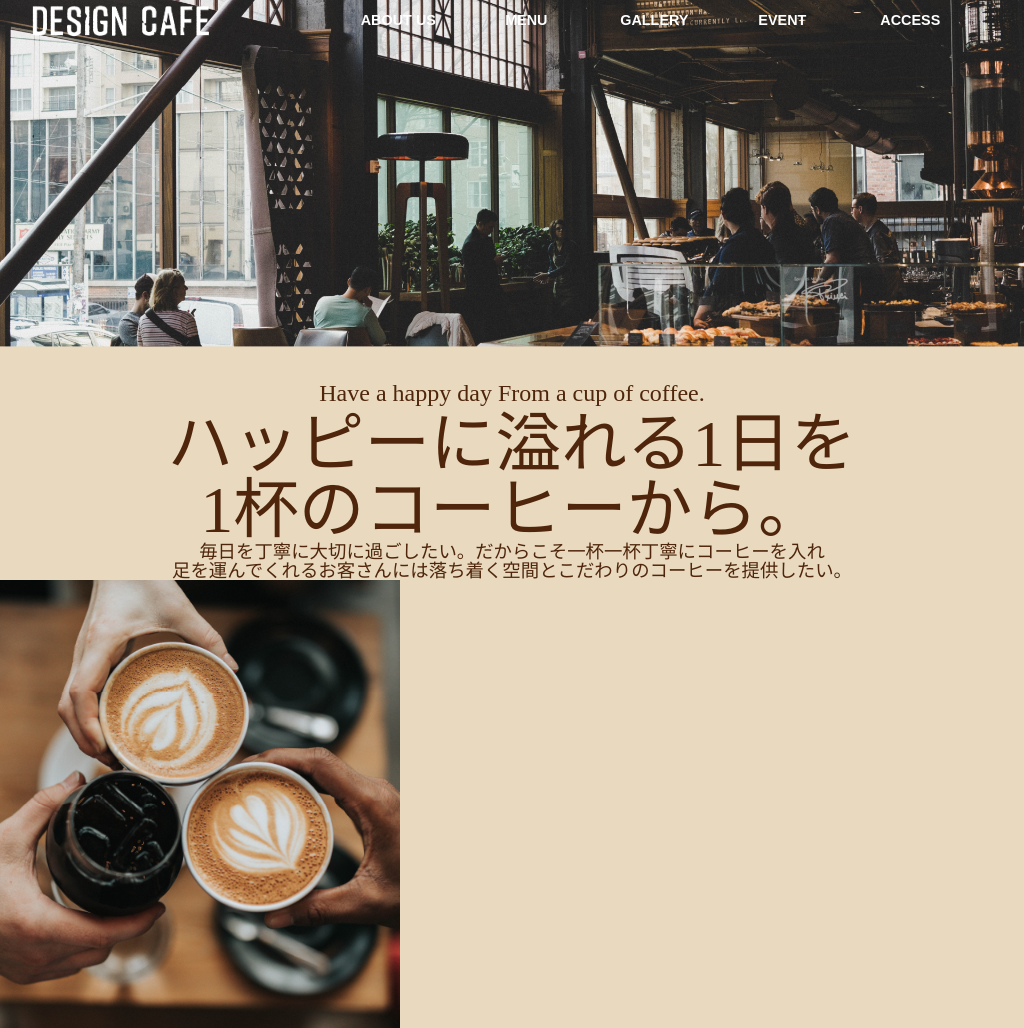
Repository: sonoyama01/dezasuta
Page: 第4回課題/index.html
The author's editor kept a copy of each file at every save. The page is drawn from the files as they stood at one save, then again after the next save.
The browser window is 1280 px wide. The pictures show the whole page, at 80% of full size.

Above is the page before, as saved 2024-05-02 02:04:28.

### 第4回課題/index.html
<!DOCTYPE html>
<html lang="ja">

<head>
    <meta charset="UTF-8">
    <meta name="viewport" content="width=device-width, initial-scale=1.0">
    <title>Desing Cafe</title>
    <link rel="stylesheet" href="./css/style.css">
</head>

<body>
    <header>
        <div class="header_slide">
            <div>
                <img src="./images/pc_first-100.jpg" alt="店内の様子">
            </div>
        </div>
        <div class="header_wrap">
            <h1 class="header_logo">
                <img src="./images/design_cafe_logo_header@2x.png" alt="desind cafe">
            </h1>
            <nav class="pc_nav">
                <ul>
                    <li><a href="#about_us">ABOUT US</a></li>
                    <li><a href="#">MENU</a></li>
                    <li><a href="#">GALLERY</a></li>
                    <li><a href="#">EVENT</a></li>
                    <li><a href="#">ACCESS</a></li>
                </ul>
            </nav>
        </div>
    </header>
    <div class="catch_copy">
        <p class="catch_copy_ja"><span class="en">Have a happy day From a cup of coffee.</span><br>
            ハッピーに溢れる1日を<br>
            1杯のコーヒーから。</p><!-- /.catch_copy -->
        <p>毎日を丁寧に大切に過ごしたい。だからこそ一杯一杯丁寧にコーヒーを入れ<br>
            足を運んでくれるお客さんには落ち着く空間とこだわりのコーヒーを提供したい。</p>
    </div><!-- /.catch_copy -->

    <section id="about_us_fx">
        <div class="about_us">
            <img src="./images/pc_about-100.jpg" alt="">

        </div><!-- /.about_us -->
    </section><!-- /#about_us -->


</body>

</html>

### 第4回課題/css/style.css
@charset "utf-8";

/* cssリセット */

/*利用するタグによってこちらの内容は増やす*/

html,
body,
h1,
h2,
h3,
p,
dl,
dt,
dd,
ul,
li {
  margin: 0;
  padding: 0;
  line-height: 1;
  /*デフォルトの文字色、font-familyを予め当てておく*/
  color: #4f260b;
  font-family: "游明朝", YuMincho, "Hiragino Mincho ProN W3",
    "ヒラギノ明朝 ProN W3", "Hiragino Mincho ProN", "HG明朝E", "ＭＳ Ｐ明朝",
    "ＭＳ 明朝", serif;
}

a {
  /*下線を消す*/
  text-decoration: none;
  /*色を消す*/
  color: inherit;
  transition: 0.3s;
}

a:hover {
  opacity: 0.5;
}

ul {
  /*左の「・」を消す*/
  list-style: none;
}

img {
  max-width: 100%;
  vertical-align: bottom;
  border: none;
}

body {
  background-color: #e8d9bf;
  font-size: 23px;
}

/* ヘッダー */
.pc_nav ul {
  display: flex;
  gap: 55px;
}

.pc_nav ul li {
  width: 105px;
  text-align: center;
  color: #ffffff;
  font-weight: bold;
  font-size: 18px;
  font-family: "Hiragino Sans W3", "Hiragino Kaku Gothic ProN",
    "ヒラギノ角ゴ ProN W3", "メイリオ", Meiryo, "ＭＳ Ｐゴシック", "MS PGothic",
    sans-serif;
}

.header_logo {
  width: 226px;
}

.header_wrap {
  display: flex;
  justify-content: space-between;
  align-items: center;
  padding: 0 7% 0 3%;
  position: absolute;
  top: 0;
  left: 0;
  width: 100%;
  box-sizing: border-box;
}

.catch_copy {
  text-align: center;
}
.en {
  font-size: 30px;
}
.catch_copy_ja {
  font-size: 82px;
}

After the next save:
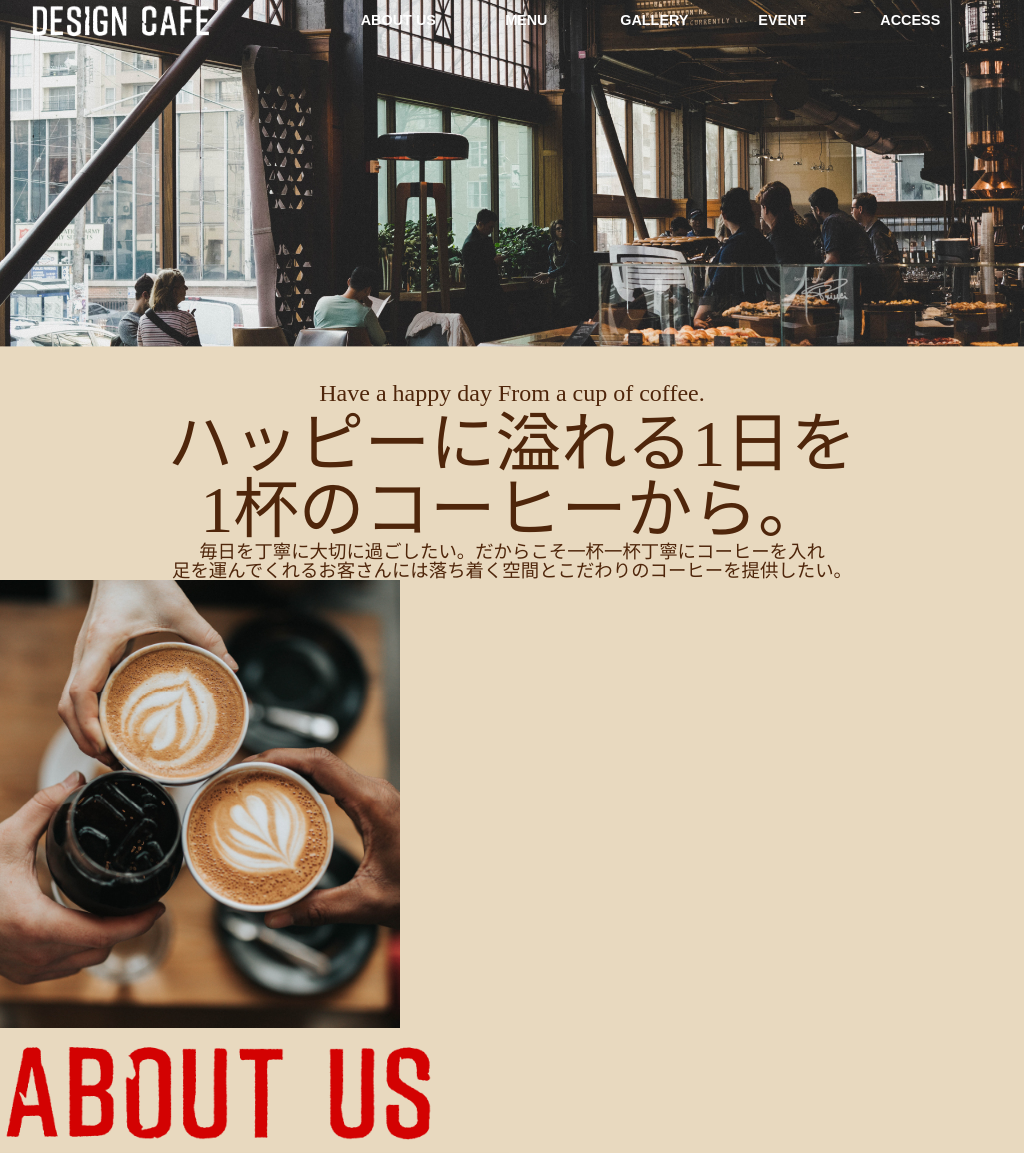
Saved 89 s later.
--- a/第4回課題/index.html
+++ b/第4回課題/index.html
@@ -40,7 +40,8 @@
 
     <section id="about_us_fx">
         <div class="about_us">
-            <img src="./images/pc_about-100.jpg" alt="">
+            <div><img src="./images/pc_about-100.jpg" alt=""></div>
+            <div><img src="./images/about_us@2x.png" alt=""></div>
 
         </div><!-- /.about_us -->
     </section><!-- /#about_us -->
